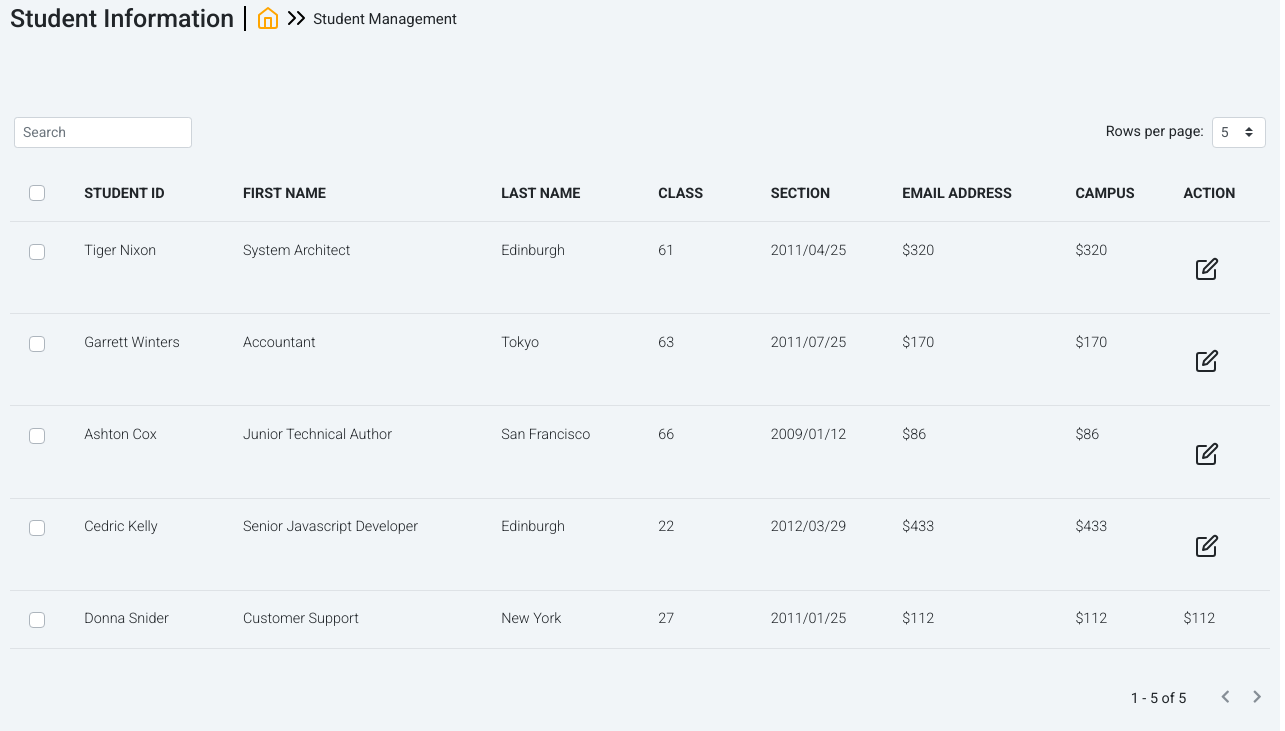
Repository: deepakrajput1998/hestabit_assignment
Page: /
The author's editor kept a copy of each file at every save. The page is drawn from the files as they stood at one save, then again after the next save.
The browser window is 1280 px wide. The page is 1285 px wide, so the pictures cover 1285 px, including what lies to the right of the window. The pictures show the whole page.
The project was rebuilt for these pictures with package versions that can differ from the ones it lists, and the page was loaded fresh each time.

Above is the page before, as saved 2021-07-25 03:36:28.

After the next save:
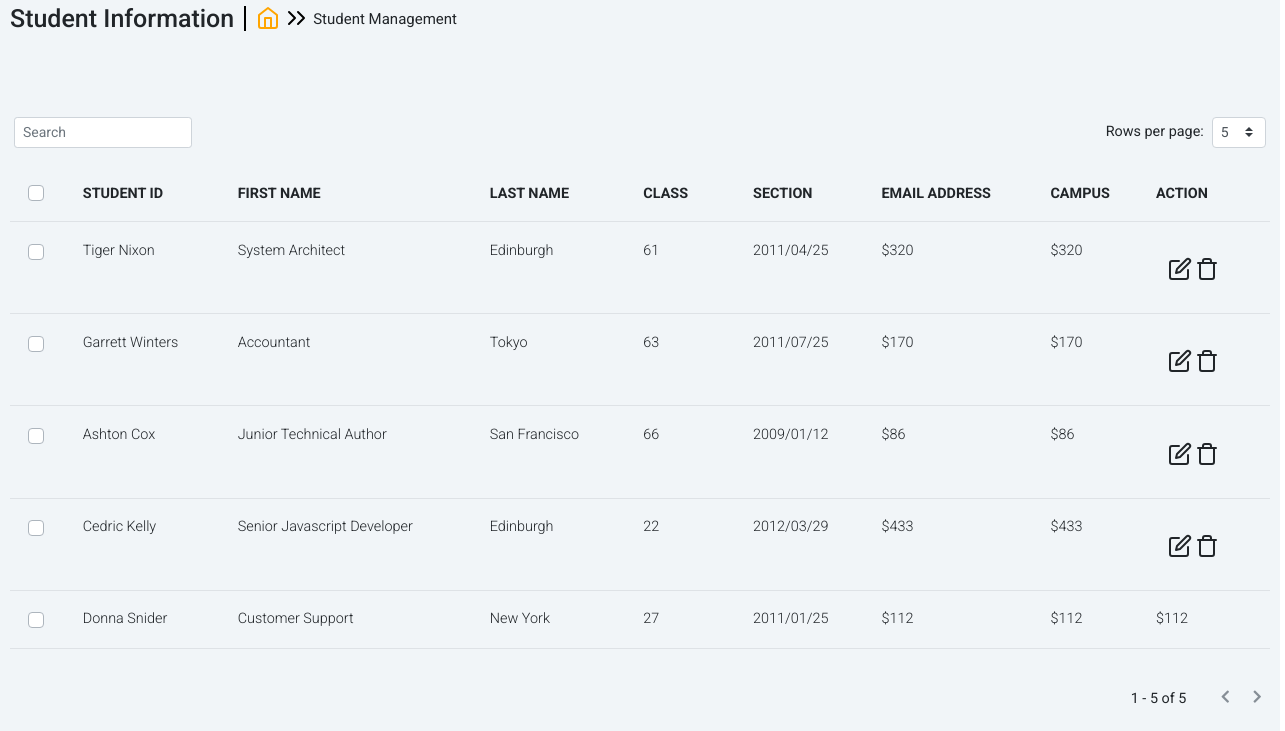
Saved 33 s later.
--- a/src/Component/Common/DataTable/DataTable.js
+++ b/src/Component/Common/DataTable/DataTable.js
@@ -1,6 +1,6 @@
 import React from "react";
 import { MDBDataTableV5 } from "mdbreact";
-import { Edit } from "react-feather";
+import { Edit, Trash } from "react-feather";
 
 export default function DataTable() {
   const [datatable, setDatatable] = React.useState({
@@ -63,7 +63,7 @@ export default function DataTable() {
         section: "2011/04/25",
         email: "$320",
         campus: "$320",
-        action: <td><Edit/></td>
+        action: <td><Edit/> <Trash /></td>
       },
       {
         sid: "Garrett Winters",
@@ -73,7 +73,7 @@ export default function DataTable() {
         section: "2011/07/25",
         email: "$170",
         campus: "$170",
-        action: <td><Edit/></td>
+        action: <td><Edit/> <Trash /></td>
       },
       {
         sid: "Ashton Cox",
@@ -83,7 +83,7 @@ export default function DataTable() {
         section: "2009/01/12",
         email: "$86",
         campus: "$86",
-        action: <td><Edit/></td>
+        action: <td><Edit/> <Trash /></td>
       },
       {
         sid: "Cedric Kelly",
@@ -93,7 +93,7 @@ export default function DataTable() {
         section: "2012/03/29",
         email: "$433",
         campus: "$433",
-        action: <td><Edit/></td>
+        action: <td><Edit/> <Trash /></td>
       },
 
       {
